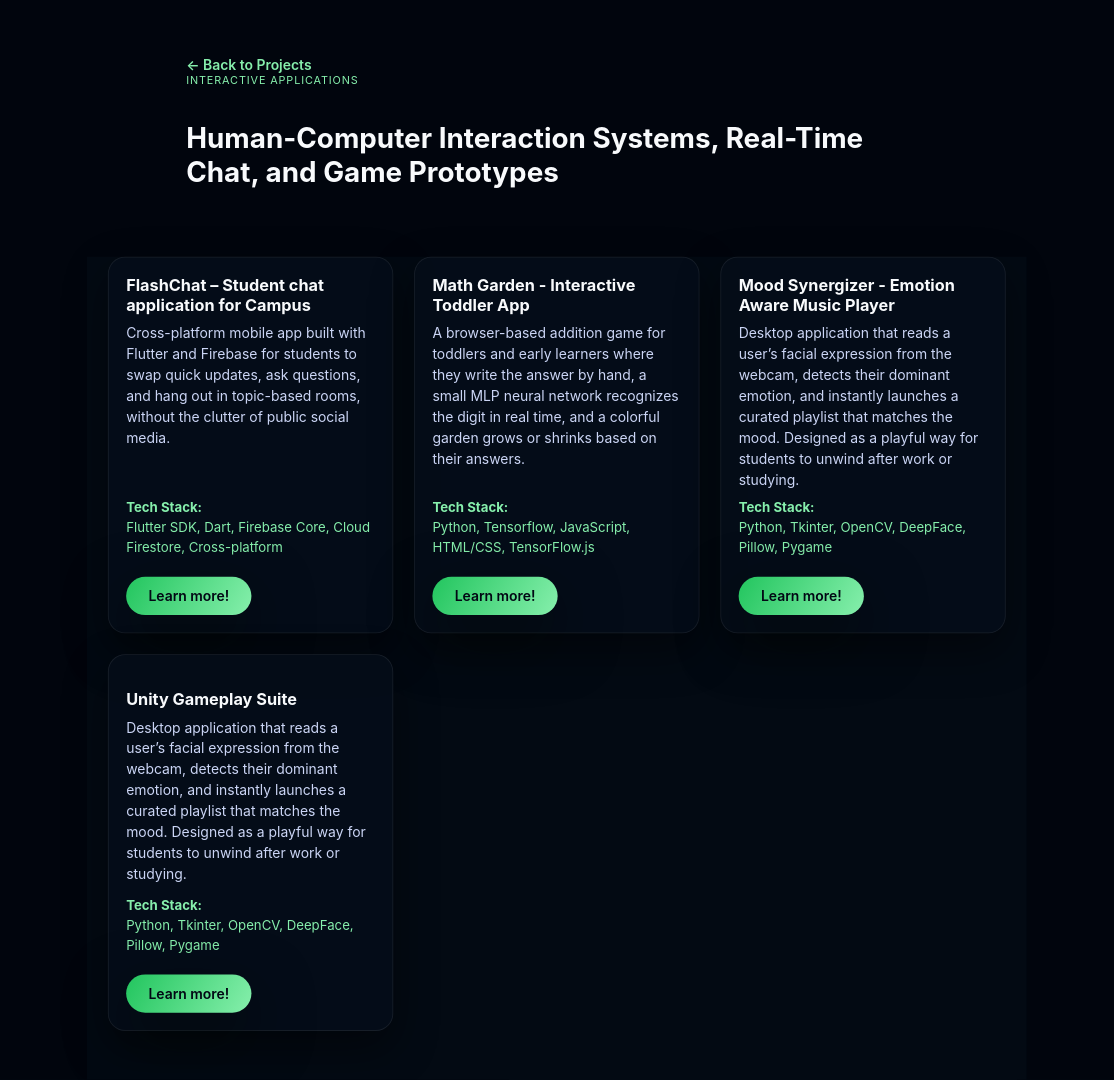
Repository: Abdulaziz-04/Abdulaziz-04.github.io
Page: projects/interactive_apps.html
The author's editor kept a copy of each file at every save. The page is drawn from the files as they stood at one save, then again after the next save.
The browser window is 1280 px wide. The pictures show the whole page, at 87% of full size.

Above is the page before, as saved 2025-11-22 23:16:21.

After the next save:
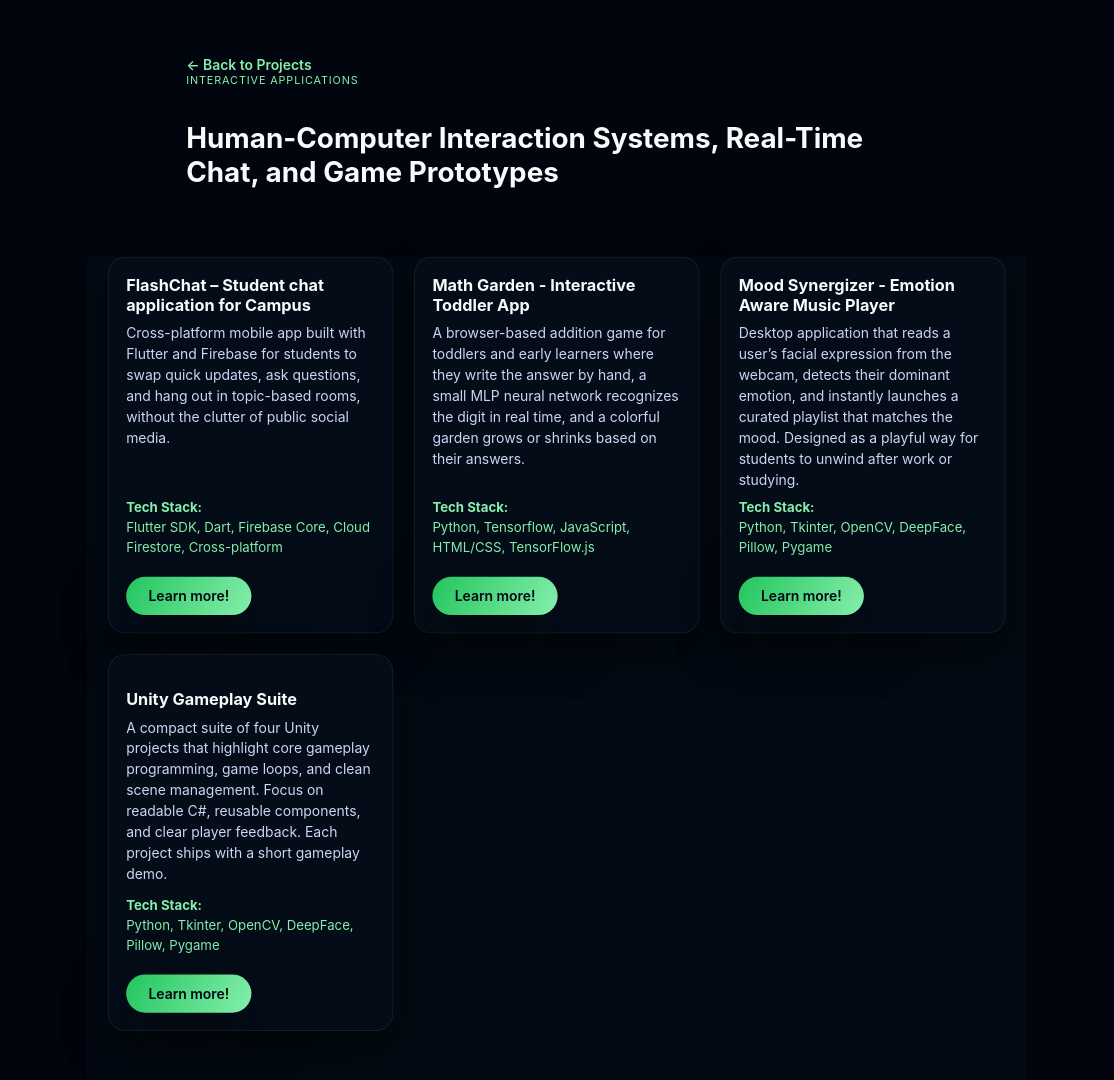
Saved 18 s later.
--- a/projects/interactive_apps.html
+++ b/projects/interactive_apps.html
@@ -93,10 +93,10 @@
           <div class="project-modal__body">
             <h3>Unity Gameplay Suite</h3>
             <p class="project-modal__summary">
-              Desktop application that reads a user’s facial expression from the
-              webcam, detects their dominant emotion, and instantly launches a
-              curated playlist that matches the mood. Designed as a playful way
-              for students to unwind after work or studying.
+              A compact suite of four Unity projects that highlight core
+              gameplay programming, game loops, and clean scene management.
+              Focus on readable C#, reusable components, and clear player
+              feedback. Each project ships with a short gameplay demo.
             </p>
             <p class="project-modal__tech">
               <strong>Tech Stack:</strong>
